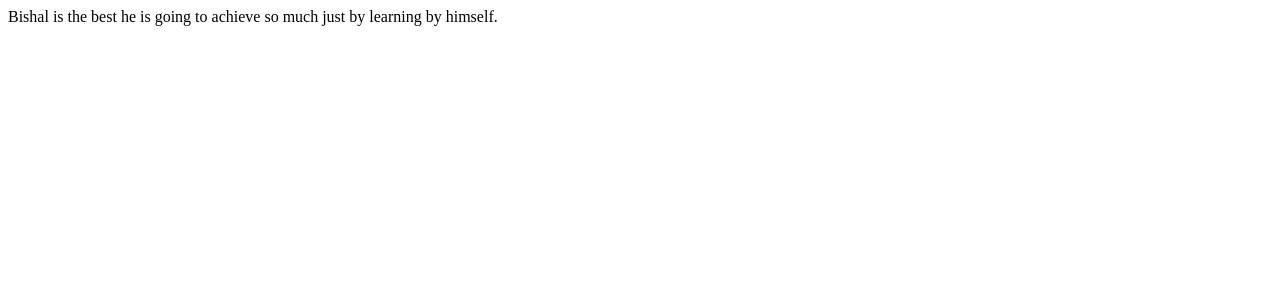
Repository: bishalonly/spring-boot
Page: http://localhost/Hello
An editor plug-in stored every save of this project. The page is shown before and after the next save, followed by the edit.
The browser window is 1280 px wide. The pictures show the whole page.
The page is this project's Thymeleaf template; nobody is signed in. The template is opened directly, without the code that normally fills it, so the values that code supplies are empty.

Above is the page before, as saved 2022-07-11 14:48:16.

### thymeleafdemo/src/main/resources/templates/Hello.html
<html>
Bishal is the best he is going to achieve so much just by learning by himself.
</html>

After the next save:
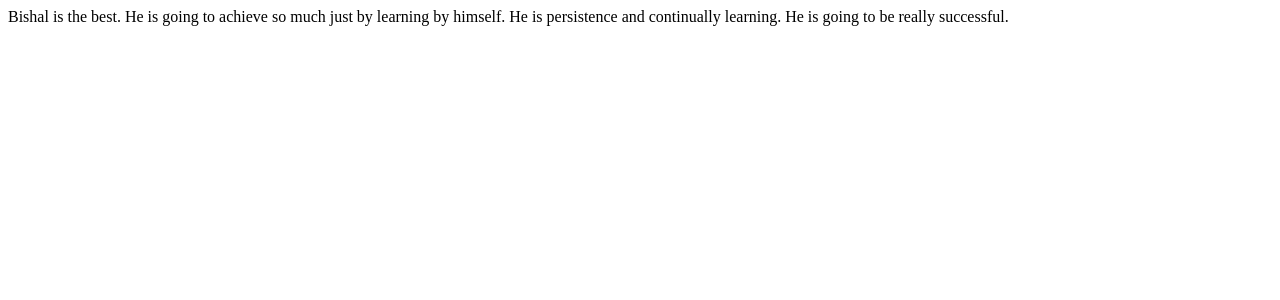
Saved 40 s later.
--- a/thymeleafdemo/src/main/resources/templates/Hello.html
+++ b/thymeleafdemo/src/main/resources/templates/Hello.html
@@ -1,3 +1,6 @@
 <html>
-Bishal is the best he is going to achieve so much just by learning by himself.
+Bishal is the best.
+He is going to achieve so much just by learning by himself.
+He is persistence and continually learning.
+He is going to be really successful.
 </html>
